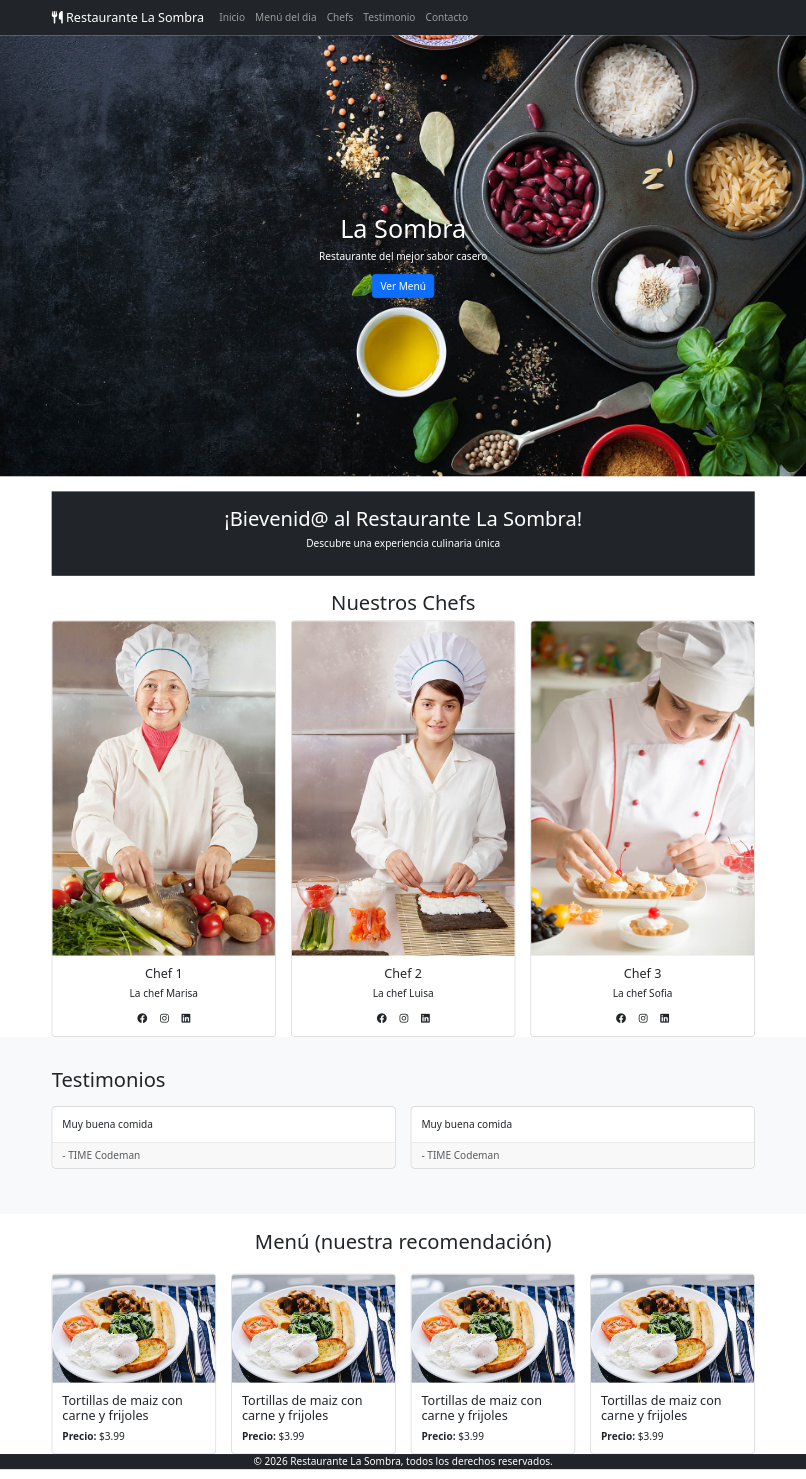
Repository: salextros/Restaurant-Project-PHP-MySQL
Page: http://localhost/restaurant/index.php
An editor plug-in stored every save of this project. The page is shown before and after the next save, followed by the edit.
The browser window is 1280 px wide. The pictures show the whole page, at 63% of full size.
The page is run by PHP 8.4 with error messages shown; the project is at /var/www/html/.

Above is the page before, as saved 2026-01-17 13:44:25.

After the next save:
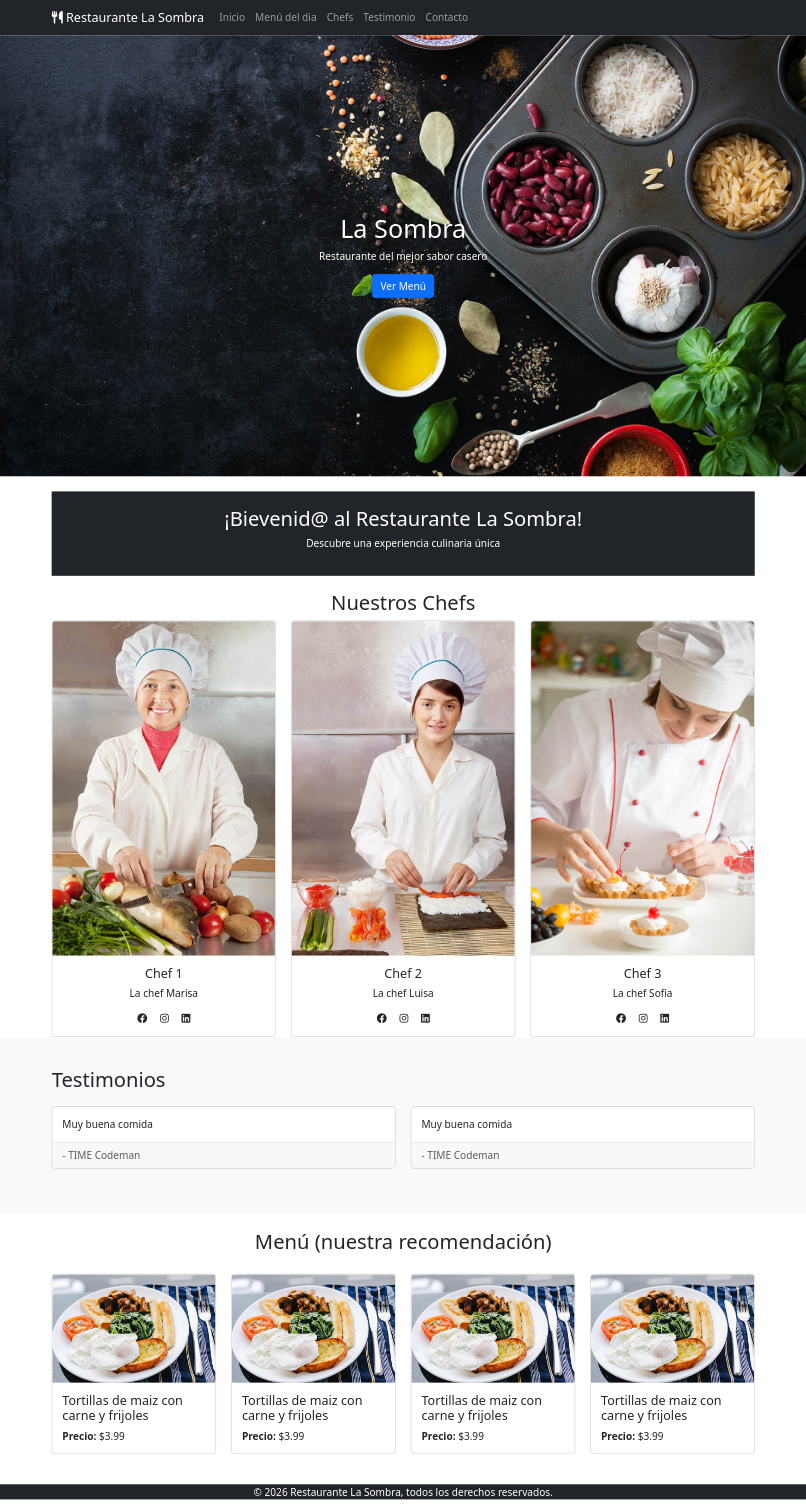
Saved 2 min 47 s later.
--- a/restaurant/index.php
+++ b/restaurant/index.php
@@ -198,41 +198,39 @@
                 </div>
             </div>
 
-
-            <div class="col d-flex">
-                <div class="card">
-                    <img src="images/menu/menu-image1.jpg" alt="Tortillas de maiz con carne y frijoles negros" class="card-img-top">
-                    <div class="card-body">
-                        <h5 class="card-title"> Tortillas de maiz con carne y frijoles </h5>
-                        <p class="card-text"><strong> Precio: </strong> $3.99 </p>
-                    </div>
-                </div>
-            </div>
-
-
-            <div class="col d-flex">
-                <div class="card">
-                    <img src="images/menu/menu-image1.jpg" alt="Tortillas de maiz con carne y frijoles negros" class="card-img-top">
-                    <div class="card-body">
-                        <h5 class="card-title"> Tortillas de maiz con carne y frijoles </h5>
-                        <p class="card-text"><strong> Precio: </strong> $3.99 </p>
-                    </div>
-                </div>
-            </div>
-
-
-            <div class="col d-flex">
-                <div class="card">
-                    <img src="images/menu/menu-image1.jpg" alt="Tortillas de maiz con carne y frijoles negros" class="card-img-top">
-                    <div class="card-body">
-                        <h5 class="card-title"> Tortillas de maiz con carne y frijoles </h5>
-                        <p class="card-text"><strong> Precio: </strong> $3.99 </p>
-                    </div>
-                </div>
-            </div>
-        </div>
-    </section>
-
+            <div class="col d-flex">
+                <div class="card">
+                    <img src="images/menu/menu-image1.jpg" alt="Tortillas de maiz con carne y frijoles negros" class="card-img-top">
+                    <div class="card-body">
+                        <h5 class="card-title"> Tortillas de maiz con carne y frijoles </h5>
+                        <p class="card-text"><strong> Precio: </strong> $3.99 </p>
+                    </div>
+                </div>
+            </div>
+
+            <div class="col d-flex">
+                <div class="card">
+                    <img src="images/menu/menu-image1.jpg" alt="Tortillas de maiz con carne y frijoles negros" class="card-img-top">
+                    <div class="card-body">
+                        <h5 class="card-title"> Tortillas de maiz con carne y frijoles </h5>
+                        <p class="card-text"><strong> Precio: </strong> $3.99 </p>
+                    </div>
+                </div>
+            </div>
+
+            <div class="col d-flex">
+                <div class="card">
+                    <img src="images/menu/menu-image1.jpg" alt="Tortillas de maiz con carne y frijoles negros" class="card-img-top">
+                    <div class="card-body">
+                        <h5 class="card-title"> Tortillas de maiz con carne y frijoles </h5>
+                        <p class="card-text"><strong> Precio: </strong> $3.99 </p>
+                    </div>
+                </div>
+            </div>
+        </div>
+    </section>
+    <br />
+    <br />
     <footer class="bg-dark text-white text-center">
         <!-- place footer here -->
 

After the save that followed:
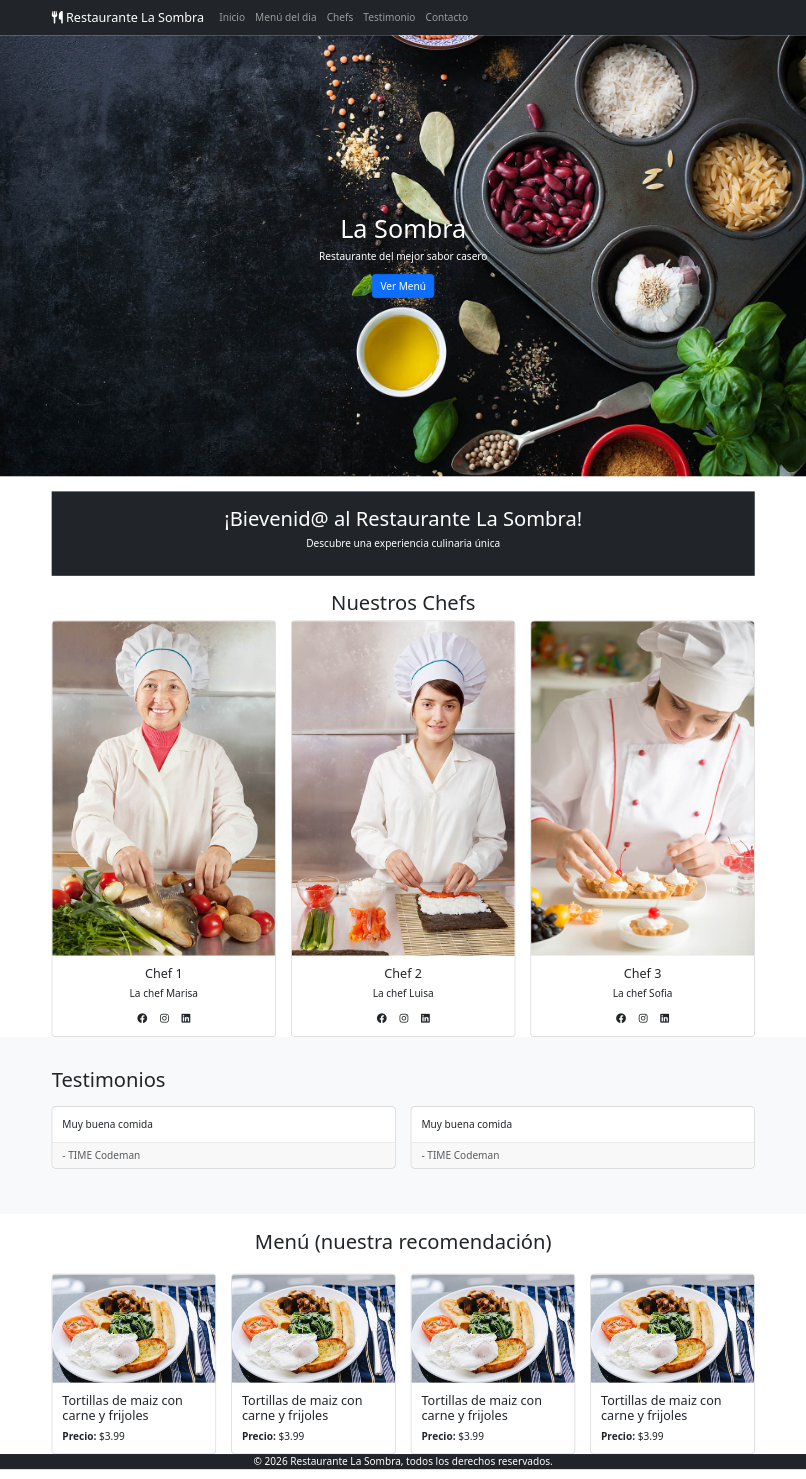
Saved 47 s later.
--- a/restaurant/index.php
+++ b/restaurant/index.php
@@ -229,8 +229,8 @@
             </div>
         </div>
     </section>
-    <br />
-    <br />
+
+
     <footer class="bg-dark text-white text-center">
         <!-- place footer here -->
 
